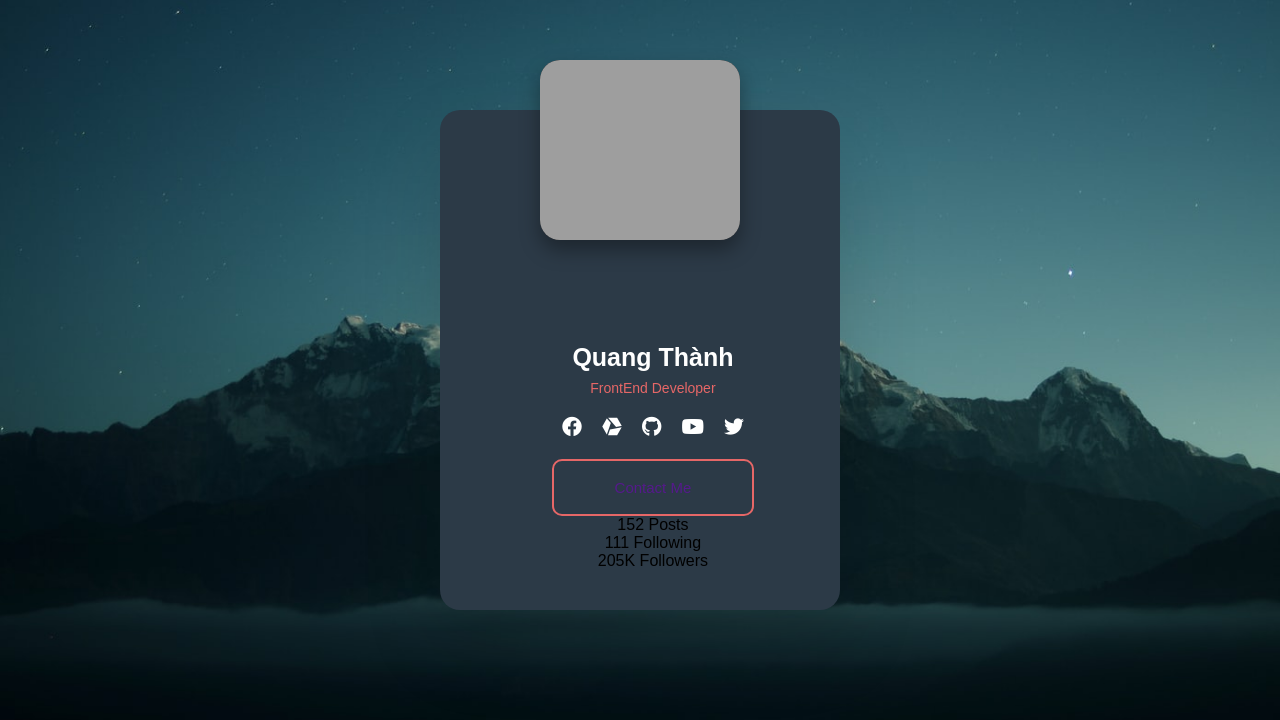
Repository: QuangThanh152/Profile-me
Page: index.html
An editor plug-in stored every save of this project. The page is shown before and after the next save, followed by the edit.
The browser window is 1280 px wide. The pictures show the whole page.
Pictures or frames that could not be fetched are drawn as grey boxes.

Above is the page before, as saved 2022-10-07 15:42:38.

After the next save:
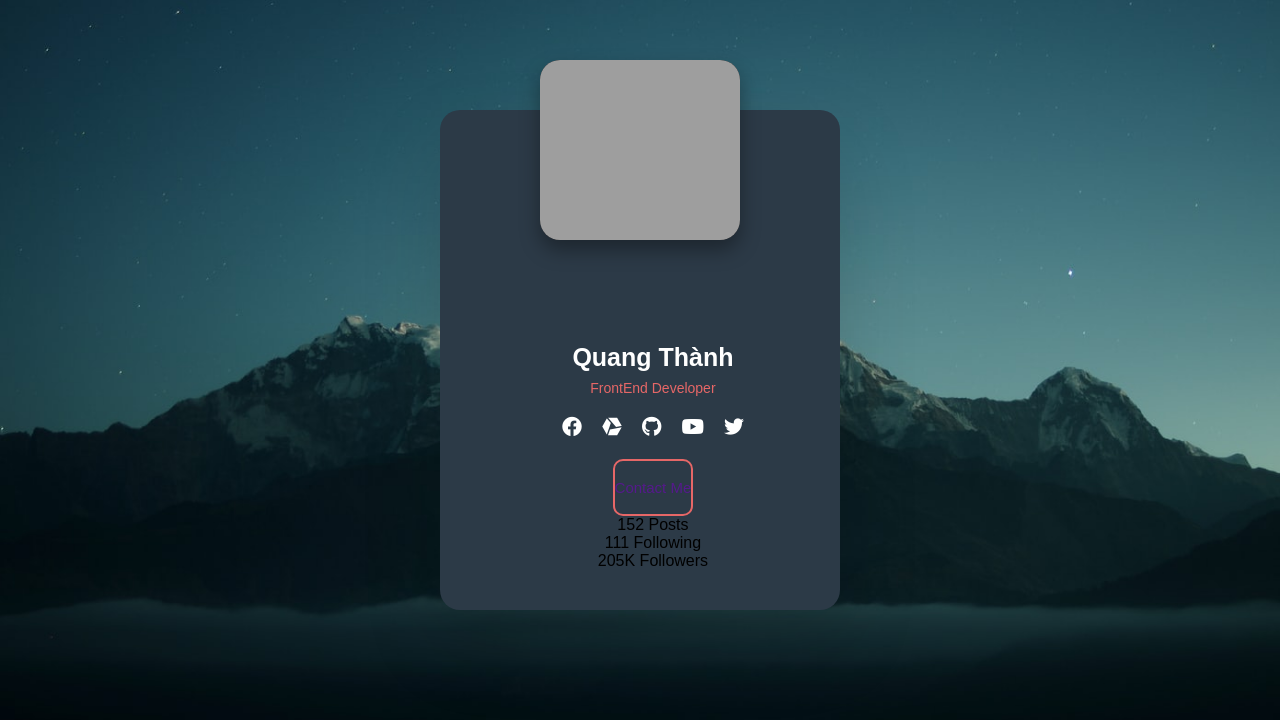
Saved 62 s later.
--- a/accets/main.css
+++ b/accets/main.css
@@ -87,7 +87,7 @@ body {
 }
 
 .btn-contact {
-    display: block;
+    display: inline-block;
     font-size: 15px;
     padding: 18px 0;
     border: 2px solid #e66767;
